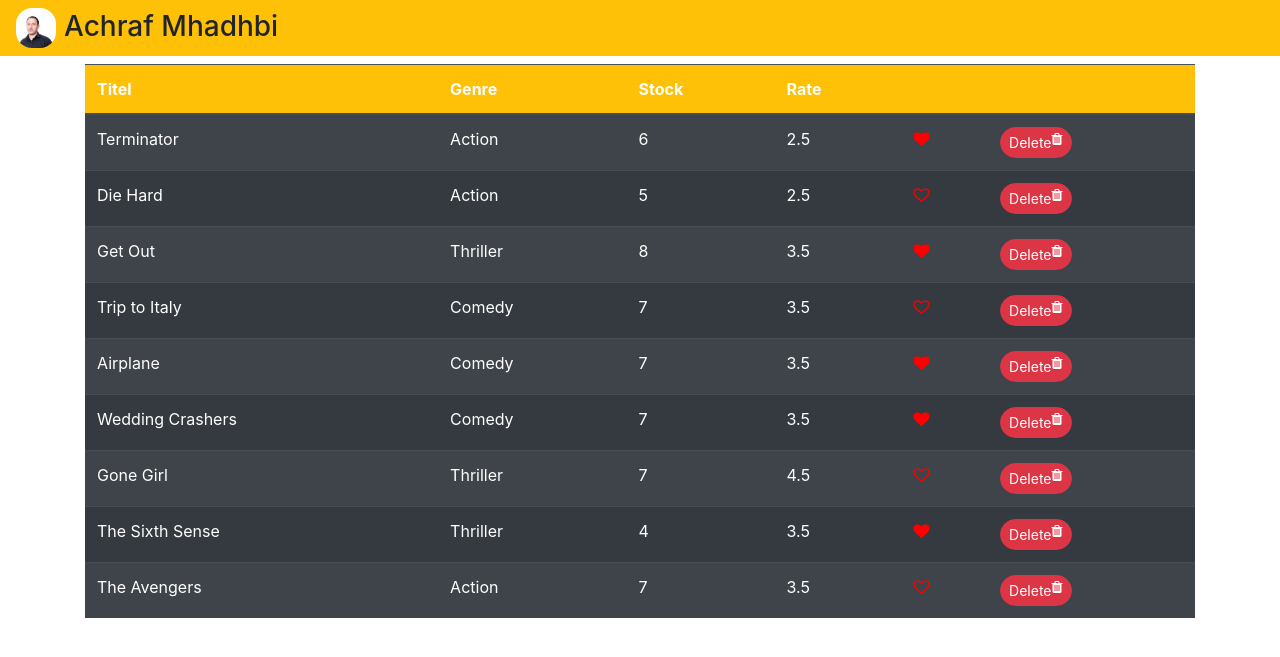
Repository: AMhadhbi/TecMovies-web-app
Page: /
The author's editor kept a copy of each file at every save. The page is drawn from the files as they stood at one save, then again after the next save.
The browser window is 1280 px wide. The pictures show the whole page.
The project was rebuilt for these pictures with package versions that can differ from the ones it lists, and the page was loaded fresh each time.

Above is the page before, as saved 2021-03-08 22:03:50.

### src/index.js
import React from 'react';
import ReactDOM from 'react-dom';
import './index.css';
import App from './App';
import reportWebVitals from './reportWebVitals';
import "bootstrap/dist/css/bootstrap.css";
import "font-awesome/css/font-awesome.css";

ReactDOM.render(
  <React.StrictMode>
    <App />
  </React.StrictMode>,
  document.getElementById('root')
);

// If you want to start measuring performance in your app, pass a function
// to log results (for example: reportWebVitals(console.log))
// or send to an analytics endpoint. Learn more: https://bit.ly/CRA-vitals
reportWebVitals();

### src/App.js
import React from 'react';
import Movies from './components/movies';
import Navbar from './components/navbar';

function App() {
  return (
    <React.Fragment>
      <Navbar/>
      <div className='container'>
      <Movies/>
      </div>
    </React.Fragment>

   );
}

export default App;

### src/components/movies.jsx
import React, { Component } from 'react';
import { getMovies } from '../services/fakeMovieService';
import Like from './like';

class Movies extends Component {
    state = {
        movies : getMovies()
     }
    handleLike = (movie) => {
      const movies = [...this.state.movies];
      const index = movies.indexOf(movie);
      movies[index] = { ...movies[index]};
      movies[index].liked = !movies[index].liked;
      this.setState({movies})
    }
    handelDelete = (movie) => {
      const movies = [...this.state.movies];
      let movieInDb = movies.find((m) => m._id === movie._id);
      movies.splice(movies.indexOf(movieInDb), 1);
      this.setState({movies});

    }
    render() {
        const {movies} = this.state;
        return (
            <table className="table table-striped table-dark">
            <thead className="bg-warning">
              <tr>
                <th>Titel</th>
                <th>Genre</th>
                <th>Stock</th>
                <th>Rate</th>
                <th/>
                <th/>
              </tr>
            </thead>
            <tbody>
            {movies.map((movie) => (
                <tr key={movie.id}>
                    <td>{movie.title}</td>
                    <td>{movie.genre.name}</td>
                    <td>{movie.numberInStock}</td>
                    <td>{movie.dailyRentalRate}</td>
                    <td >
                      <Like
                      movie={movie}
                      OnLike={this.handleLike}/>
                    </td>
                    <td>
                    <button className="btn btn-danger btn-sm badge-pill"
                    onClick={ () => this.handelDelete(movie)} >Delete <i className="fa fa-trash float-right"/>
                    </button>
                    </td>
            </tr>
            ))}

            </tbody>
          </table>
         );
    }
}

export default Movies;

### src/components/navbar.jsx
import React, { Component } from 'react';
class Navbar extends Component {
    render() {
        return (
            <nav className="navbar navbar-light bg-warning h3">
            <span>
                <img className ="mr-2" src='images/me.png' alt=""
                style={{width: "40px", height: "40px", borderRadius :"40%"}}
                />
                Achraf Mhadhbi
            </span>
            </nav>
         );
    }
}

export default Navbar;

### src/services/fakeMovieService.js
import * as genresAPI from "./fakeGenreService";

const movies = [
  {
    _id: "5b21ca3eeb7f6fbccd471815",
    title: "Terminator",
    genre: { _id: "5b21ca3eeb7f6fbccd471818", name: "Action" },
    numberInStock: 6,
    dailyRentalRate: 2.5,
    publishDate: "2018-01-03T19:04:28.809Z",
    liked: true,
  },
  {
    _id: "5b21ca3eeb7f6fbccd471816",
    title: "Die Hard",
    genre: { _id: "5b21ca3eeb7f6fbccd471818", name: "Action" },
    numberInStock: 5,
    dailyRentalRate: 2.5,
    liked: false,
  },
  {
    _id: "5b21ca3eeb7f6fbccd471817",
    title: "Get Out",
    genre: { _id: "5b21ca3eeb7f6fbccd471820", name: "Thriller" },
    numberInStock: 8,
    dailyRentalRate: 3.5,
    liked: true,
  },
  {
    _id: "5b21ca3eeb7f6fbccd471819",
    title: "Trip to Italy",
    genre: { _id: "5b21ca3eeb7f6fbccd471814", name: "Comedy" },
    numberInStock: 7,
    dailyRentalRate: 3.5,
    liked: false,
  },
  {
    _id: "5b21ca3eeb7f6fbccd47181a",
    title: "Airplane",
    genre: { _id: "5b21ca3eeb7f6fbccd471814", name: "Comedy" },
    numberInStock: 7,
    dailyRentalRate: 3.5,
    liked: true,
  },
  {
    _id: "5b21ca3eeb7f6fbccd47181b",
    title: "Wedding Crashers",
    genre: { _id: "5b21ca3eeb7f6fbccd471814", name: "Comedy" },
    numberInStock: 7,
    dailyRentalRate: 3.5,
    liked: true,
  },
  {
    _id: "5b21ca3eeb7f6fbccd47181e",
    title: "Gone Girl",
    genre: { _id: "5b21ca3eeb7f6fbccd471820", name: "Thriller" },
    numberInStock: 7,
    dailyRentalRate: 4.5,
    liked: false,
  },
  {
    _id: "5b21ca3eeb7f6fbccd47181f",
    title: "The Sixth Sense",
    genre: { _id: "5b21ca3eeb7f6fbccd471820", name: "Thriller" },
    numberInStock: 4,
    dailyRentalRate: 3.5,
    liked: true,
  },
  {
    _id: "5b21ca3eeb7f6fbccd471821",
    title: "The Avengers",
    genre: { _id: "5b21ca3eeb7f6fbccd471818", name: "Action" },
    numberInStock: 7,
    dailyRentalRate: 3.5,
    liked: false,
  },
];

export function getMovies() {
  return movies;
}

export function getMovie(id) {
  return movies.find((m) => m._id === id);
}

export function saveMovie(movie) {
  let movieInDb = movies.find((m) => m._id === movie._id) || {};
  movieInDb.name = movie.name;
  movieInDb.genre = genresAPI.genres.find((g) => g._id === movie.genreId);
  movieInDb.numberInStock = movie.numberInStock;
  movieInDb.dailyRentalRate = movie.dailyRentalRate;

  if (!movieInDb._id) {
    movieInDb._id = Date.now();
    movies.push(movieInDb);
  }

  return movieInDb;
}

export function deleteMovie(id) {
  let movieInDb = movies.find((m) => m._id === id);
  movies.splice(movies.indexOf(movieInDb), 1);
  return movieInDb;
}

### src/components/like.jsx
const Like = (props) => {
    const {movie, OnLike} = props;
    const clsIcon = movie.liked ? "fa fa-heart" :"fa fa-heart-o";
    return (
        <i className={clsIcon}
        style={{color:'red'}}
        onClick={ () => OnLike(movie)}>

        </i>
     );
}

export default Like;

Loaded but not shown: public/index.html (common file); src/index.css (common file); src/reportWebVitals.js (common file); src/services/fakeGenreService.js (common file)

After the next save:
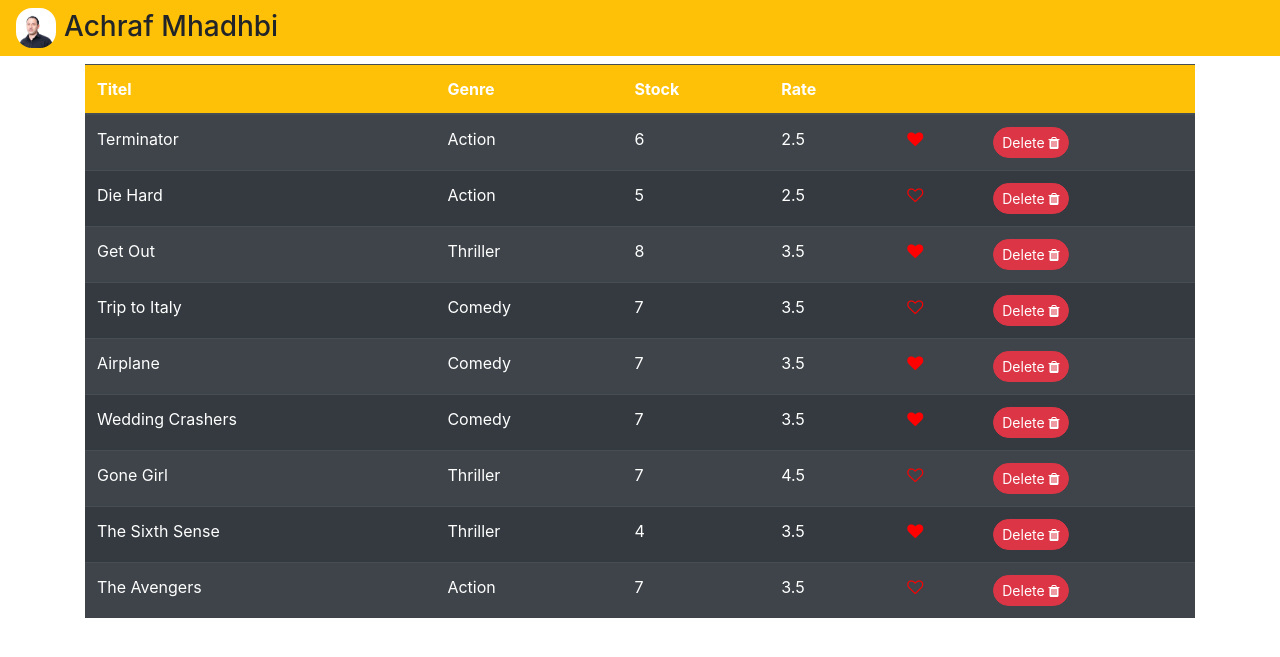
Saved 7 s later.
--- a/src/components/movies.jsx
+++ b/src/components/movies.jsx
@@ -48,7 +48,7 @@ class Movies extends Component {
                     </td>
                     <td>
                     <button className="btn btn-danger btn-sm badge-pill"
-                    onClick={ () => this.handelDelete(movie)} >Delete <i className="fa fa-trash float-right"/>
+                    onClick={ () => this.handelDelete(movie)} >Delete <i className="fa fa-trash"/>
                     </button>
                     </td>
             </tr>
